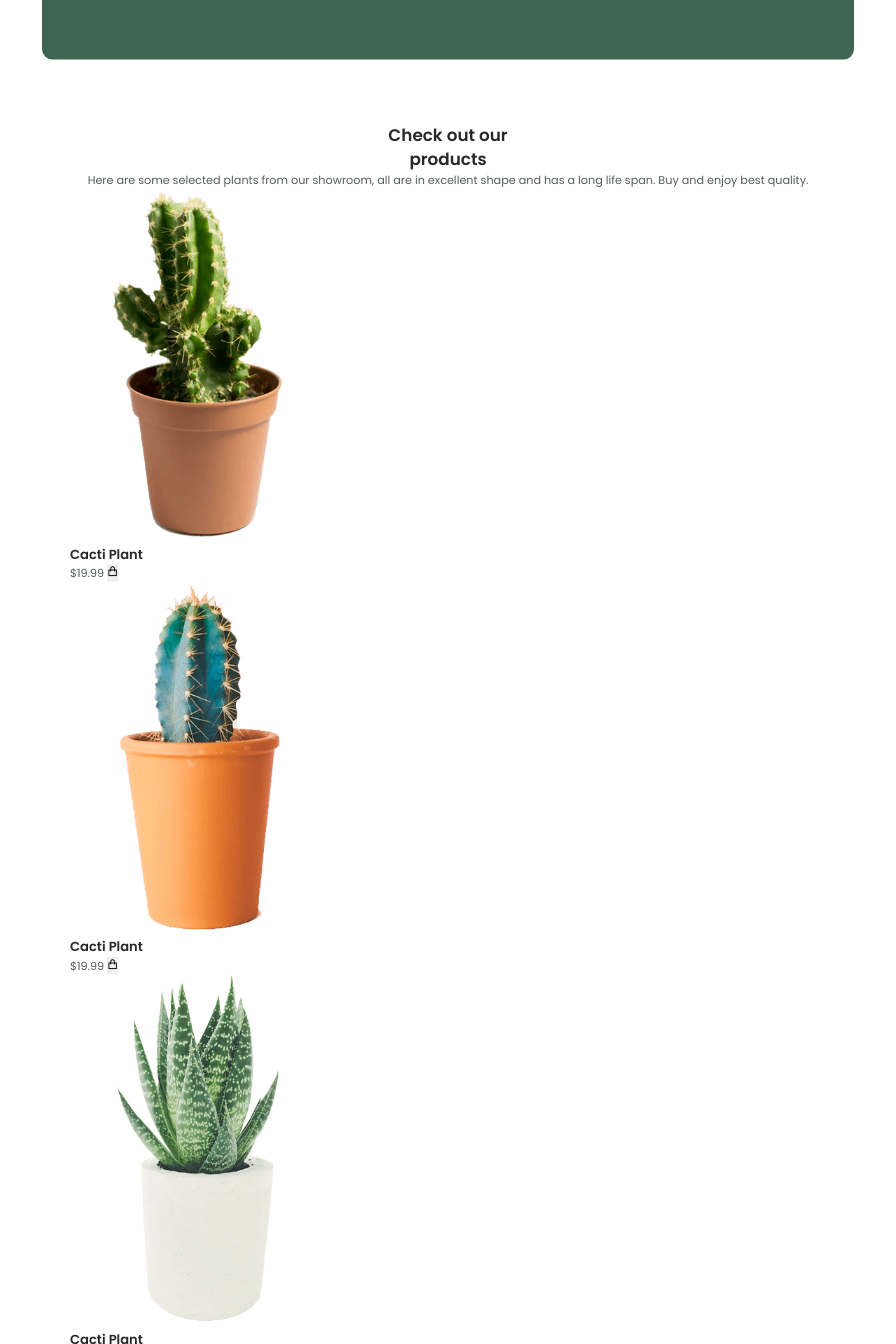
Repository: OmniaRafat232111121/plantwebsite
Page: index.html
The author's editor kept a copy of each file at every save. The page is drawn from the files as they stood at one save, then again after the next save.
The browser window is 1280 px wide. The pictures show the part of the page from y = 1530 to 3450 px (the page is 5196 px tall before and 5221 px after), at 70% of full size.

Above is the page before, as saved 2023-01-05 06:05:59.

After the next save:
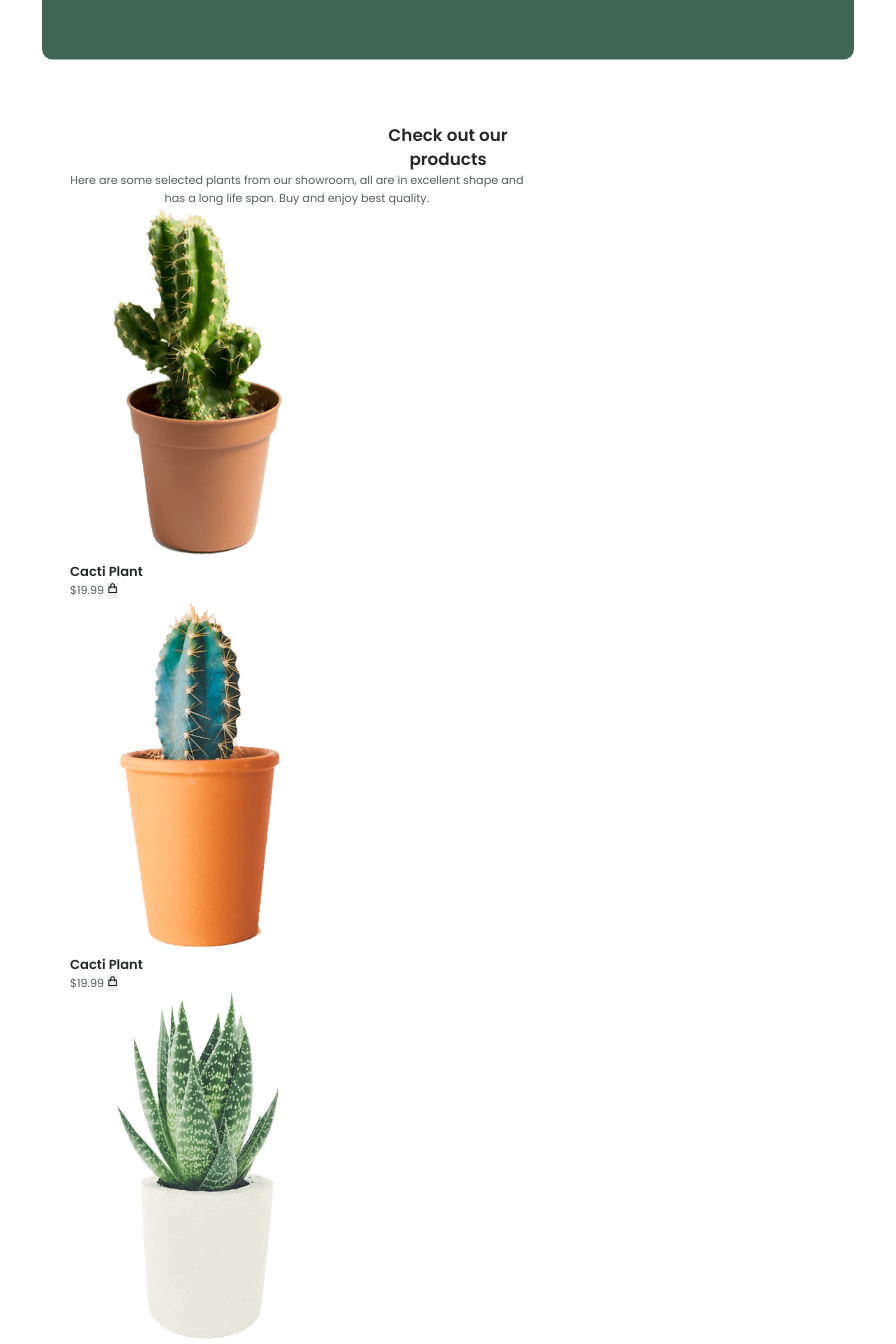
Saved 4 s later.
--- a/assets/css/styles.css
+++ b/assets/css/styles.css
@@ -507,7 +507,7 @@ margin-top: 40px;
 }
 .products .products-content p{
   text-align: center;
-  widh:60%;
+  width:60%;
 }
 .products-container{
    display:grid;
